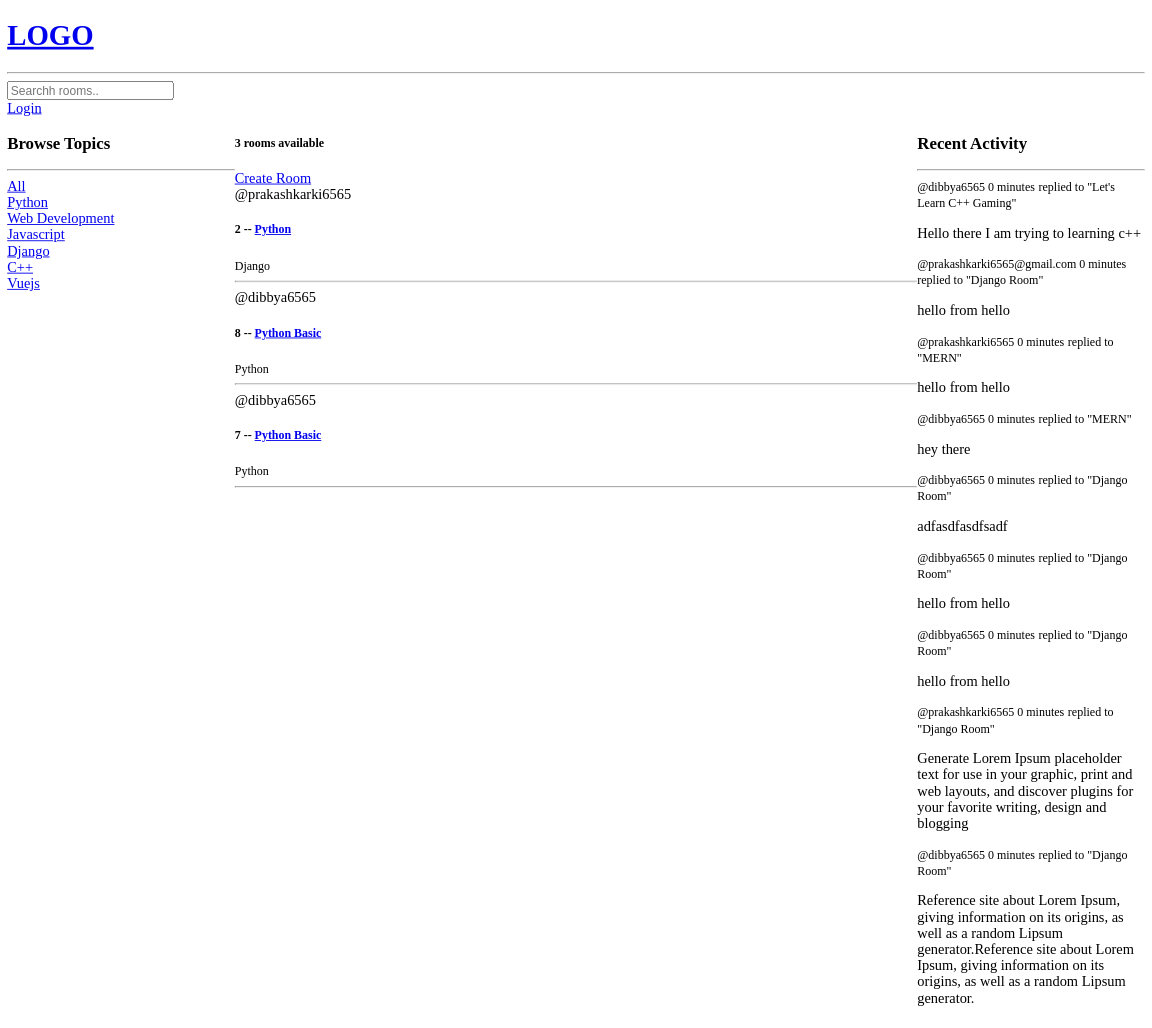
Repository: Dibbya65/Django-Basic
Page: http://localhost/?q=Python
The author's editor kept a copy of each file at every save. The page is drawn from the files as they stood at one save, then again after the next save.
The browser window is 1280 px wide. The pictures show the whole page, at 90% of full size.
The page is served by the project's application, run on Django 3.2 (manage.py). Other server files are loaded and not shown. The page reads the database file committed with the project.

Above is the page before, as saved 2021-11-17 23:34:18.

### base/templates/base/home.html
{% extends "layouts/master.html" %} {% block title %} Home {% endblock title %}
{% block content %}
<style>
  .home-container {
    display: grid;
    grid-template-columns: 1fr 3fr 1fr;
  }

</style>
<div class="home-container">
  <div>
    <h3>Browse Topics</h3>
    <hr />
    <div>
      <a href="{% url 'home' %}">All </a>
    </div>
    {%for topic in topics%}
    <div>
      <a href="{% url 'home' %}?q={{topic.name}}">{{topic.name}}</a>
    </div>
    {%endfor%}
  </div>
  <div>
    <h5>{{room_count}} rooms available</h5>
    <a href="{% url 'create-room' %}">Create Room</a>
    {% for room in rooms %}
    <div>
      {% if request.user == room.host %}

      <a href="{% url 'update-room' room.id %}">Edit </a>

      <a href="{% url 'delete-room' room.id %}">Delete </a>
      {%endif%}
      <span>@{{room.host.username}}</span>
      <h5>
        {{room.id}} --
        <a href="{% url 'room-detail' room.id %}">{{room.name}}</a>
      </h5>
      <small>{{room.topic.name}}</small>
      <hr />
    </div>
    {% endfor %}
  </div>
  <div>
    <h3>Recent Activity</h3>
    <hr>
    {% for message in room_messages %}
      <div>
        <small>@{{message.user}} {{message.created_at|timesince}}</small>
        <small>replied to "{{message.room}}"</small>
        <p>{{message.body}}</p>
      </div>
    {% endfor %}
  </div>
</div>
{% endblock content %}

### templates/layouts/master.html
<!DOCTYPE html>
<html lang="en">

  <head>
    <meta charset="UTF-8" />
    <meta http-equiv="X-UA-Compatible" content="IE=edge" />
    <meta name="viewport" content="width=device-width, initial-scale=1.0" />
    <title>MySite | {% block title %} {% endblock %}</title>
  </head>

  <body>
    <a href="/">
      <h1>LOGO</h1>
    </a>
    <hr>
    <form action="{% url 'home' %}" method="GET">
      <input type="text" name="q" placeholder="Searchh rooms.." />
    </form>
    {% if request.user.is_authenticated %}
    <p>Hello {{ request.user.username }}</p>
    <a href="{% url 'logout' %}">Logout</a>
    {%else%}
    <a href="{% url 'login' %}">Login</a>
    {% endif %}
    {% if messages %}
    <ul class="messages">
      {% for message in messages %}
      <li>{{ message }}</li>
      {% endfor %}
    </ul>
    {% endif %}
    {% block content %}{% endblock %}
  </body>

</html>

### base/models.py
from django.db import models
from django.contrib.auth.models import User

# Create your models here.


# topic model
class Topic(models.Model):
    name = models.CharField(max_length=200)

    def __str__(self):
        return self.name


# room model


class Room(models.Model):
    host = models.ForeignKey(User, on_delete=models.SET_NULL, null=True)
    topic = models.ForeignKey(Topic, on_delete=models.SET_NULL, null=True)
    name = models.CharField(max_length=200)
    description = models.TextField(null=True, blank=True)
    participants = models.ManyToManyField(User, related_name="participants", blank=True)
    Active = "Active"
    Deactive = "Deactive"
    STATUS_CHOICE = ((Active, Active), (Deactive, Deactive))
    status = models.CharField(max_length=50, choices=STATUS_CHOICE, default=Deactive)
    created_at = models.DateTimeField(auto_now_add=True)
    updated_at = models.DateTimeField(auto_now=True)

    class Meta:
        ordering = ["-updated_at", "-created_at"]

    # string representation
    def __str__(self):
        return self.name


# message model


class Message(models.Model):
    user = models.ForeignKey(User, on_delete=models.CASCADE)
    room = models.ForeignKey(Room, on_delete=models.CASCADE)
    body = models.TextField()
    created_at = models.DateTimeField(auto_now_add=True)
    updated_at = models.DateTimeField(auto_now=True)

    class Meta:
        ordering = ["-updated_at", "-created_at"]

    def __str__(self):
        return self.body[0:50]

### base/views.py
from django.shortcuts import render, redirect
from django.http import HttpResponse
from django.db.models import Q
from django.contrib.auth.models import User
from django.contrib.auth import authenticate, login, logout
from django.contrib.auth.forms import UserCreationForm
from django.contrib import messages
from django.contrib.auth.decorators import login_required
from .models import Room, Topic, Message
from .forms import RoomForm

# Create your views here.


def login_page(request):
    page = "login"

    if request.user.is_authenticated:
        return redirect("home")

    if request.method == "POST":
        username = request.POST.get("username").lower()
        password = request.POST.get("password")

        try:
            user = User.objects.get(username=username)
        except:
            messages.error(request, "User does not exist")

        user = authenticate(request, username=username, password=password)

        if user is not None:
            login(request, user)
            return redirect("home")
        else:
            messages.error(request, "Invalid credentials")

    context = {"page": page}
    return render(request, "base/login.html", context)


def logout_user(request):
    logout(request)
    return redirect("home")


def register_page(request):
    form = UserCreationForm()

    if request.method == "POST":
        form = UserCreationForm(request.POST)
        if form.is_valid():
            user = form.save(commit=False)
            user.username = user.username.lower()
            user.save()

            login(request, user)

            return redirect("home")
        else:
            messages.error(request, "User registration failed")

    context = {"form": form}

    return render(request, "base/login.html", context)


def home(request):
    q = request.GET.get("q") if request.GET.get("q") != None else ""
    rooms = Room.objects.filter(
        Q(topic__name__icontains=q) | Q(name__icontains=q) | Q(description__icontains=q)
    )
    topics = Topic.objects.all()
    room_count = rooms.count()
    room_messges = Message.objects.all()

    context = {
        "rooms": rooms,
        "topics": topics,
        "room_count": room_count,
        "room_messages": room_messges,
    }
    return render(request, "base/home.html", context)


def room(request):
    rooms = Room.objects.all()
    context = {"rooms": rooms}
    return render(request, "base/room.html", context)


def roomdetail(request, pk):
    room = Room.objects.get(id=pk)
    room_messages = room.message_set.all()
    participants = room.participants.all()

    if request.method == "POST":
        message = Message.objects.create(
            user=request.user, room=room, body=request.POST.get("body")
        )
        room.participants.add(request.user)
        return redirect("room-detail", pk=room.id)

    context = {
        "room": room,
        "room_messages": room_messages,
        "participants": participants,
    }
    return render(request, "base/single-room.html", context)


@login_required(login_url="login")
def create_room(request):
    form = RoomForm()
    if request.method == "POST":
        form = RoomForm(request.POST)
        if form.is_valid():
            form.save()
            return redirect("home")

    context = {"form": form}
    return render(request, "base/room_form.html", context)


@login_required(login_url="login")
def update_room(request, pk):
    room = Room.objects.get(id=pk)
    form = RoomForm(instance=room)

    if request.user != room.host:
        return HttpResponse("Unauthenticated!")

    if request.method == "POST":
        form = RoomForm(request.POST, instance=room)
        if form.is_valid():
            form.save()
            return redirect("home")

    context = {"form": form}
    return render(request, "base/room_form.html", context)


@login_required(login_url="login")
def delete_room(request, pk):
    room = Room.objects.get(id=pk)
    if request.user != room.host:
        return HttpResponse("Unauthenticated!")

    if request.method == "POST":
        room.delete()
        return redirect("home")
    return render(request, "base/delete.html", {"obj": room})


@login_required(login_url="login")
def delete_message(request, pk):
    msg = Message.objects.get(id=pk)
    if request.user != msg.user:
        return HttpResponse("Unauthenticated!")

    if request.method == "POST":
        msg.delete()
        return redirect("home")
    return render(request, "base/delete.html", {"obj": msg})

### studybud/urls.py
"""studybud URL Configuration

The `urlpatterns` list routes URLs to views. For more information please see:
    https://docs.djangoproject.com/en/3.2/topics/http/urls/
Examples:
Function views
    1. Add an import:  from my_app import views
    2. Add a URL to urlpatterns:  path('', views.home, name='home')
Class-based views
    1. Add an import:  from other_app.views import Home
    2. Add a URL to urlpatterns:  path('', Home.as_view(), name='home')
Including another URLconf
    1. Import the include() function: from django.urls import include, path
    2. Add a URL to urlpatterns:  path('blog/', include('blog.urls'))
"""
from django.contrib import admin
from django.urls import path, include


urlpatterns = [
    path('admin/', admin.site.urls),
    path('', include('base.urls'))
]

### base/urls.py
from django.urls import path
from . import views

urlpatterns = [
    path("login/", views.login_page, name="login"),
    path("register/", views.register_page, name="register"),
    path("logout/", views.logout_user, name="logout"),
    path("", views.home, name="home"),
    path("room/", views.room, name="room"),
    path("room/<str:pk>", views.roomdetail, name="room-detail"),
    path("create/room/", views.create_room, name="create-room"),
    path("update/room/<str:pk>/", views.update_room, name="update-room"),
    path("delete/room/<str:pk>/", views.delete_room, name="delete-room"),
    path("delete/message/<str:pk>/", views.delete_message, name="delete-message"),
]

### db.sqlite3 (the tables this page reads, as SQL)
CREATE TABLE "auth_user" ("id" integer NOT NULL PRIMARY KEY AUTOINCREMENT, "password" varchar(128) NOT NULL, "last_login" datetime NULL, "is_superuser" bool NOT NULL, "username" varchar(150) NOT NULL UNIQUE, "last_name" varchar(150) NOT NULL, "email" varchar(254) NOT NULL, "is_staff" bool NOT NULL, "is_active" bool NOT NULL, "date_joined" datetime NOT NULL, "first_name" varchar(150) NOT NULL);
INSERT INTO "auth_user" VALUES
(1, 'pbkdf2_sha256$260000$xQxpFxKQ9izBbopr3Dv7HS$ZdGFJYFjajdfBM/ZdnlG6gD0dgX/TKmGyoCCve4Q564=', '2021-11-20 11:25:23.454227', 1, 'dibbya6565', '', 'dibyakarki65@gmail.com', 1, 1, '2021-11-13 15:49:17.112151', ''),
(2, 'pbkdf2_sha256$260000$OcP3oMRwcVFmIc3QPSnltC$GpcmQjPkv0wxmOYWlv/oBQ69CVZRvql5qDH1FvXjTJM=', NULL, 0, 'prakashkarki6565', '', '', 0, 1, '2021-11-14 06:46:21.258105', ''),
(3, 'pbkdf2_sha256$260000$bYZBArIVxYmuNuu5Azzl9d$kAIAJAnHPVaaRNyIMyoHKCgxSXknbwf/ubpWAJYvAxQ=', '2021-11-15 11:51:20.490980', 0, 'prakashkarki6565@gmail.com', '', '', 0, 1, '2021-11-15 11:51:19.976423', ''),
(4, 'pbkdf2_sha256$260000$XQVrpvlajut1jjOP6a31hy$SR7rs3yBHY/pGjCoDxqTx/rkvUNTPMNaSyNaJWyzDpk=', '2021-11-20 08:32:44.875888', 0, 'praksh65', '', '', 0, 1, '2021-11-20 08:32:44.429889', '');

CREATE TABLE "base_message" ("id" integer NOT NULL PRIMARY KEY AUTOINCREMENT, "body" text NOT NULL, "created_at" datetime NOT NULL, "updated_at" datetime NOT NULL, "room_id" bigint NOT NULL REFERENCES "base_room" ("id") DEFERRABLE INITIALLY DEFERRED, "user_id" integer NOT NULL REFERENCES "auth_user" ("id") DEFERRABLE INITIALLY DEFERRED);
INSERT INTO "base_message" VALUES
(3, 'Reference site about Lorem Ipsum, giving information on its origins, as well as a random Lipsum generator.Reference site about Lorem Ipsum, giving information on its origins, as well as a random Lipsum generator.', '2021-11-15 16:03:46.782159', '2021-11-15 16:03:46.782159', 9, 1),
(4, 'Generate Lorem Ipsum placeholder text for use in your graphic, print and web layouts, and discover plugins for your favorite writing, design and blogging', '2021-11-15 16:10:58.585794', '2021-11-15 16:10:58.585794', 9, 2),
(5, 'hello from hello', '2021-11-15 16:20:11.326644', '2021-11-15 16:20:11.326644', 9, 1),
(6, 'hello from hello', '2021-11-15 16:28:25.796169', '2021-11-15 16:28:25.796169', 9, 1),
(7, 'hello from hello', '2021-11-15 16:29:16.660659', '2021-11-18 15:37:50.359985', 9, 3),
(8, 'adfasdfasdfsadf', '2021-11-17 11:33:58.185912', '2021-11-17 11:33:58.185912', 9, 1),
(9, 'hey there', '2021-11-17 12:49:37.332335', '2021-11-17 12:49:37.332335', 4, 1),
(10, 'hello from hello', '2021-11-17 12:50:13.252612', '2021-11-18 15:37:45.139973', 4, 2),
(12, 'Hello there I am trying to learning c++', '2021-11-20 06:15:42.120664', '2021-11-20 06:15:42.120664', 12, 1);

CREATE TABLE "base_room" ("id" integer NOT NULL PRIMARY KEY AUTOINCREMENT, "name" varchar(200) NOT NULL, "description" text NULL, "status" varchar(50) NOT NULL, "created_at" datetime NOT NULL, "updated_at" datetime NOT NULL, "host_id" integer NULL REFERENCES "auth_user" ("id") DEFERRABLE INITIALLY DEFERRED, "topic_id" bigint NULL REFERENCES "base_topic" ("id") DEFERRABLE INITIALLY DEFERRED);
INSERT INTO "base_room" VALUES
(2, 'Python', '', 'Deactive', '2021-11-14 05:23:25.762339', '2021-11-18 15:37:04.256833', 2, 4),
(4, 'MERN', 'LLLLLLLLLLLLLLLLLLLLLLLLLLLLLLLLLLLLLLLorem', 'Deactive', '2021-11-14 05:23:38.846450', '2021-11-17 11:30:16.453294', 1, 3),
(7, 'Python Basic', '', 'Deactive', '2021-11-14 12:32:58.730800', '2021-11-14 12:32:58.730800', 1, 1),
(8, 'Python Basic', '', 'Deactive', '2021-11-15 09:51:28.888430', '2021-11-15 09:51:28.888430', 1, 1),
(9, 'Django Room', 'Reference site about Lorem Ipsum, giving information on its origins, as well as a random Lipsum generator.', 'Deactive', '2021-11-15 09:53:06.866918', '2021-11-17 11:29:38.106094', 2, 4),
(10, 'Study Reactjs', 'Hello from learning react js', 'Active', '2021-11-18 13:20:54.521854', '2021-11-18 13:20:54.522855', 1, 3),
(11, 'Are you interest in Learning Web Development?', 'Lorem ipsum, or lipsum as it is sometimes known, is dummy text used in laying out print, graphic or web designs. The passage is attributed to an unknown ...', 'Active', '2021-11-19 12:49:53.172046', '2021-11-19 12:49:53.172046', 1, 2),
(12, 'Let''s Learn C++ Gaming', 'Lorem ipsum is a pseudo-Latin text used in web design, typography, layout, and printing in place of English to emphasise design elements over content. It''s also ...', 'Deactive', '2021-11-19 15:34:35.009148', '2021-11-19 15:41:00.554091', 1, 5),
(13, 'Vuejs Frontent', 'Reference site about Lorem Ipsum, giving information on its origins, ...Reference site about Lorem Ipsum, giving information on its origins, ...', 'Deactive', '2021-11-20 10:40:24.435527', '2021-11-20 10:40:24.435527', 4, 6);

CREATE TABLE "base_topic" ("id" integer NOT NULL PRIMARY KEY AUTOINCREMENT, "name" varchar(200) NOT NULL);
INSERT INTO "base_topic" VALUES
(1, 'Python'),
(2, 'Web Development'),
(3, 'Javascript'),
(4, 'Django'),
(5, 'C++'),
(6, 'Vuejs ');

After the next save:
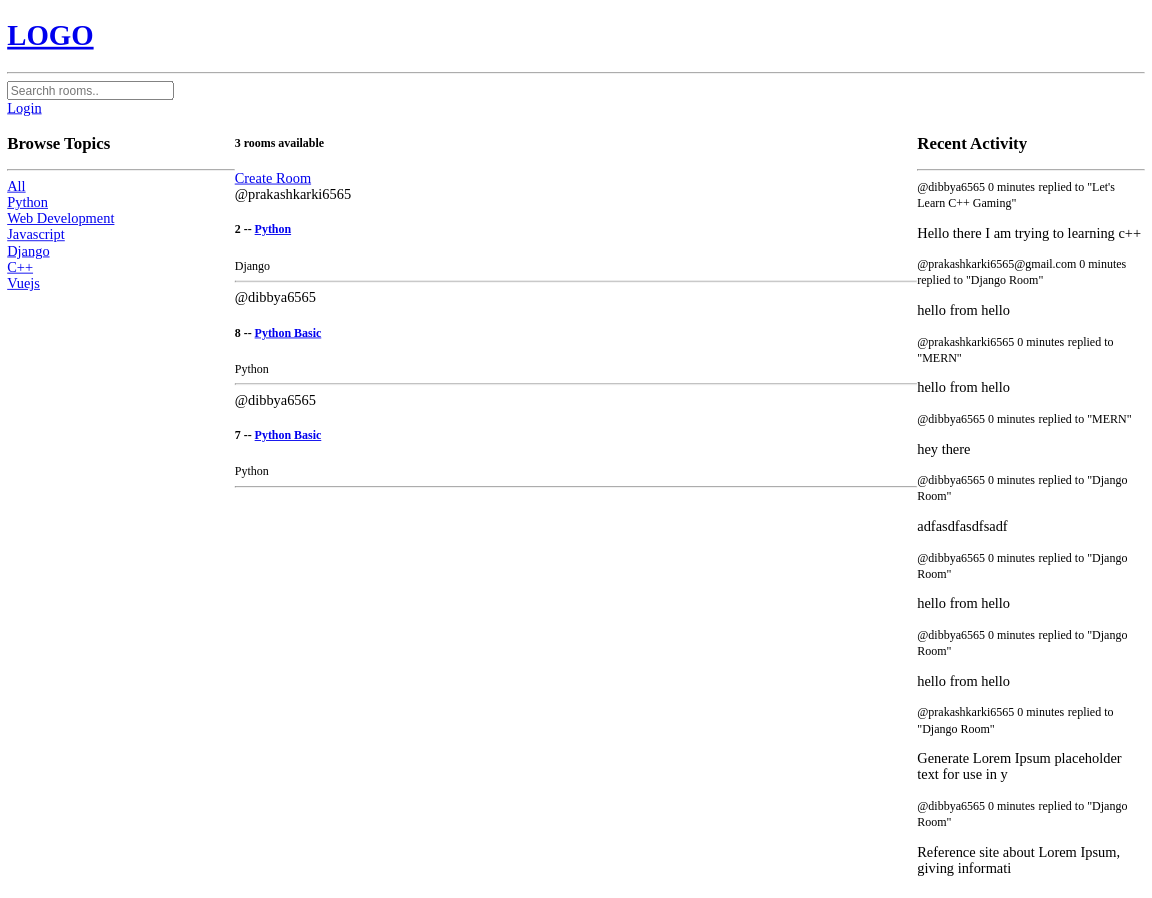
Saved 22 s later.
--- a/base/templates/base/home.html
+++ b/base/templates/base/home.html
@@ -48,7 +48,7 @@
       <div>
         <small>@{{message.user}} {{message.created_at|timesince}}</small>
         <small>replied to "{{message.room}}"</small>
-        <p>{{message.body}}</p>
+        <p>{{message}}</p>
       </div>
     {% endfor %}
   </div>
